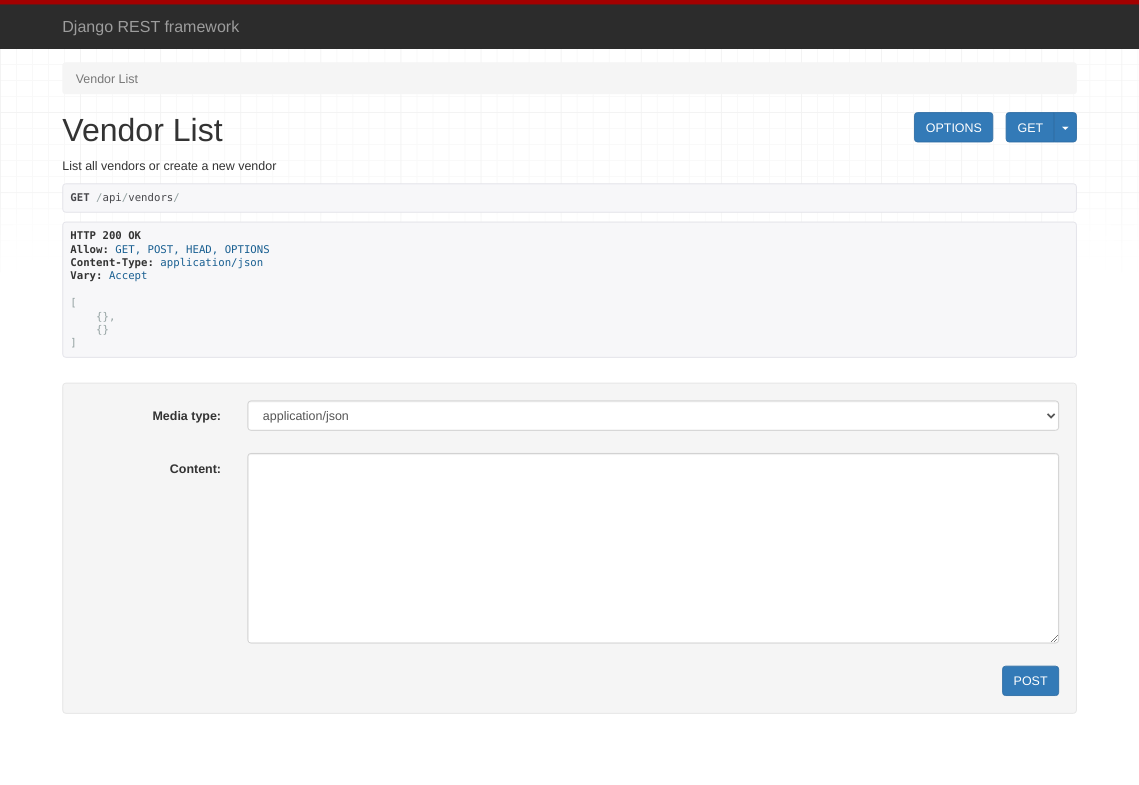
Repository: sanju-1711/vendor_management_system
Page: http://localhost/api/vendors/
The author's editor kept a copy of each file at every save. The page is drawn from the files as they stood at one save, then again after the next save.
The browser window is 1280 px wide. The pictures show the whole page, at 89% of full size.
Backgrounds fixed to the window are drawn as part of the page. The page is served by the project's application, run on Django 5.2 (manage.py). Other server files are loaded and not shown. The page reads the database file committed with the project.

Above is the page before, as saved 2024-05-06 00:29:18.

### api/models.py
from django.db import models

# Create your models here.
class Vendor(models.Model):
    name = models.CharField(max_length=100, null=False)
    contact_details = models.TextField(max_length=500, null=False)
    address = models.TextField(max_length=10000, null=False)
    vendor_code = models.CharField(max_length=10,unique=True, null=False)
    on_time_delivery_rate = models.FloatField(null=False)
    quality_rating_avg = models.FloatField(null=False)
    avg_response_time = models.FloatField(null=False)
    fulfillment_rate = models.FloatField(null=False)

class Purchase_Order(models.Model):
    po_number = models.CharField(max_length=10, unique=True, null=False)
    vendor = models.ForeignKey(Vendor, on_delete=models.CASCADE, null=False)
    order_date = models.DateTimeField(null=False)
    delivery_date = models.DateTimeField(null=False)
    items = models.JSONField(null=False)
    quantity = models.IntegerField(null=False)
    status = models.CharField(max_length=20, null=False)
    quality_rating = models.FloatField(null=False)
    issue_date = models.DateTimeField(null=False)
    acknowledgement_date = models.DateTimeField()

class Historical_Performance(models.Model):
    vendor = models.ForeignKey(Vendor, on_delete=models.CASCADE)
    date = models.DateTimeField()
    on_time_delivery_rate = models.FloatField()
    quality_rating_avg = models.FloatField()
    average_response_time = models.FloatField()
    fulfillment_rate = models.FloatField()

### api/serializers.py
from rest_framework import serializers
from .models import *

class VendorSerializer(serializers.Serializer):
    class Meta:
        model = Vendor
        fields = '__all__'
        read_only_fields = ['id']

    def create(self, validated_data):
        obj = Vendor.objects.create(**validated_data)
        obj.save()
        return obj

### api/views.py
from rest_framework.views import APIView
from rest_framework.response import Response
from rest_framework import status
from django.views import View
from .models import *
from .serializers import *

# Create your views here.
class VendorList(APIView):
    '''
    List all vendors or create a new vendor
    '''

    def get(self, request, format = None):
        Vendors = Vendor.objects.all()
        serializer = VendorSerializer(Vendors, many = True)
        return Response(serializer.data)

    def post(self, request, format = None):
        serializer = VendorSerializer(data=request.data)
        if serializer.is_valid():
            return Response(serializer.data, status=status.HTTP_201_CREATED)
        return Response(serializer.errors, status=status.HTTP_400_BAD_REQUEST)

### vendor_management/urls.py
"""
URL configuration for vendor_management project.

The `urlpatterns` list routes URLs to views. For more information please see:
    https://docs.djangoproject.com/en/5.0/topics/http/urls/
Examples:
Function views
    1. Add an import:  from my_app import views
    2. Add a URL to urlpatterns:  path('', views.home, name='home')
Class-based views
    1. Add an import:  from other_app.views import Home
    2. Add a URL to urlpatterns:  path('', Home.as_view(), name='home')
Including another URLconf
    1. Import the include() function: from django.urls import include, path
    2. Add a URL to urlpatterns:  path('blog/', include('blog.urls'))
"""
from django.contrib import admin
from django.urls import path, include

urlpatterns = [
    path('admin/', admin.site.urls),
    path('api/', include('api.urls')),
]

### api/urls.py
from django.urls import path
from . import views

urlpatterns = [
    path('vendors/', views.VendorList.as_view()),
]

### db.sqlite3 (the tables this page reads, as SQL)
CREATE TABLE "api_vendor" ("id" integer NOT NULL PRIMARY KEY AUTOINCREMENT, "name" varchar(100) NOT NULL, "contact_details" text NOT NULL, "address" text NOT NULL, "vendor_code" varchar(10) NOT NULL UNIQUE, "on_time_delivery_rate" real NULL, "avg_response_time" real NULL, "fulfillment_rate" real NULL, "quality_rating_avg" real NULL);
INSERT INTO "api_vendor" VALUES
(1, 'Sanjana', '+91 9123456782', 'Ahmedabad, Gujarat, India', '123', 99.0, 32.1, 92.1, 23.3),
(2, 'Anjana', '+91 9123456782', 'Ahmedabad, Gujarat, India', '121', 99.0, 32.1, 92.1, 23.3);

After the next save:
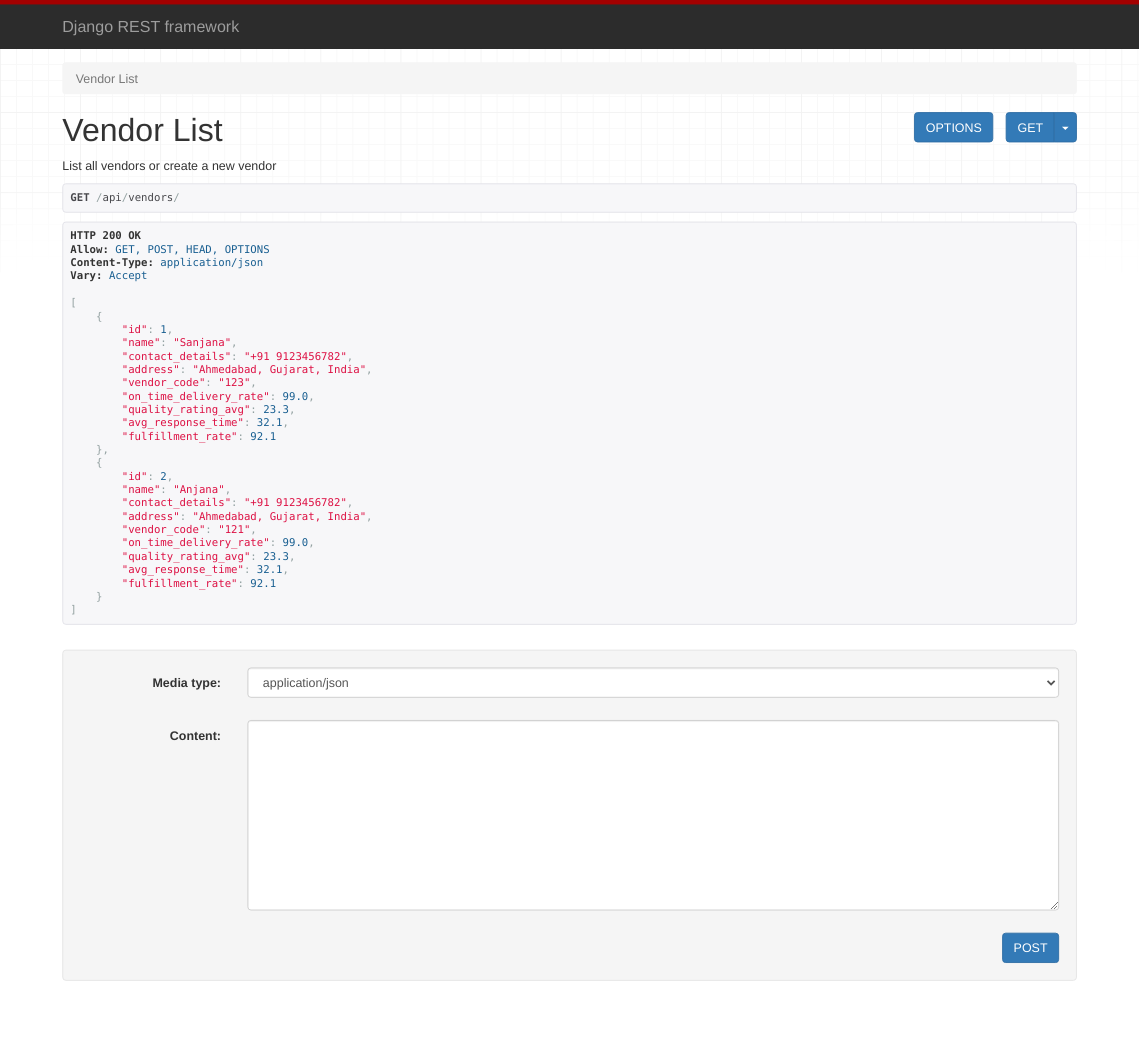
Saved 2 min 8 s later.
--- a/api/serializers.py
+++ b/api/serializers.py
@@ -1,7 +1,7 @@
 from rest_framework import serializers
 from .models import *
 
-class VendorSerializer(serializers.Serializer):
+class VendorSerializer(serializers.ModelSerializer):
     class Meta:
         model = Vendor
         fields = '__all__'
